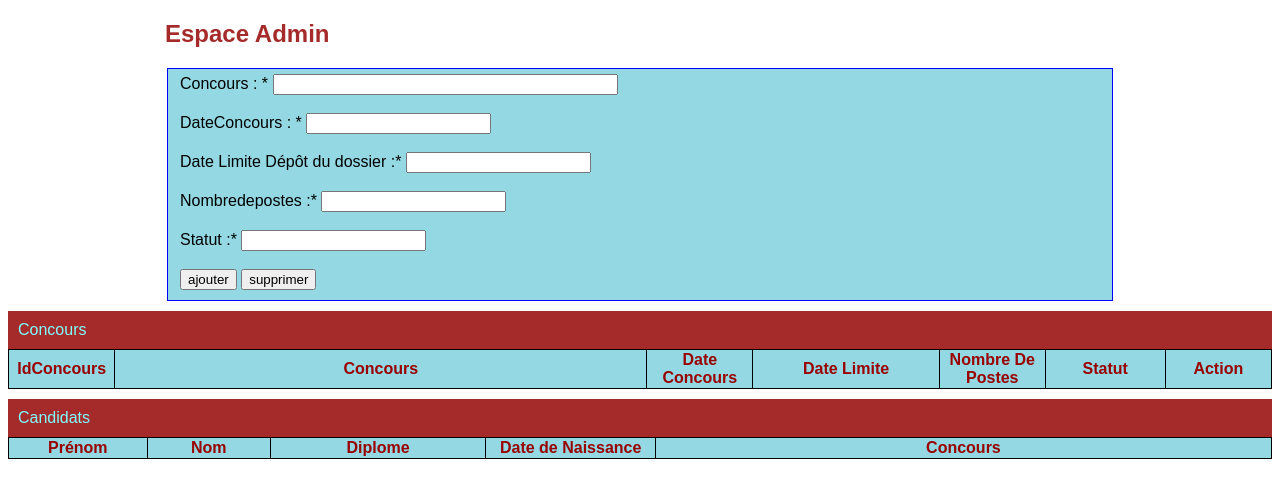
Repository: yahouari/Stage2019
Page: http://localhost/test/Gestion.jsp
An editor plug-in stored every save of this project. The page is shown before and after the next save, followed by the edit.
The browser window is 1280 px wide. The pictures show the whole page.
The page is served by Tomcat 9. Queries for data that is not in the repository find no rows.

Above is the page before, as saved 2019-07-29 09:14:46.

After the next save:
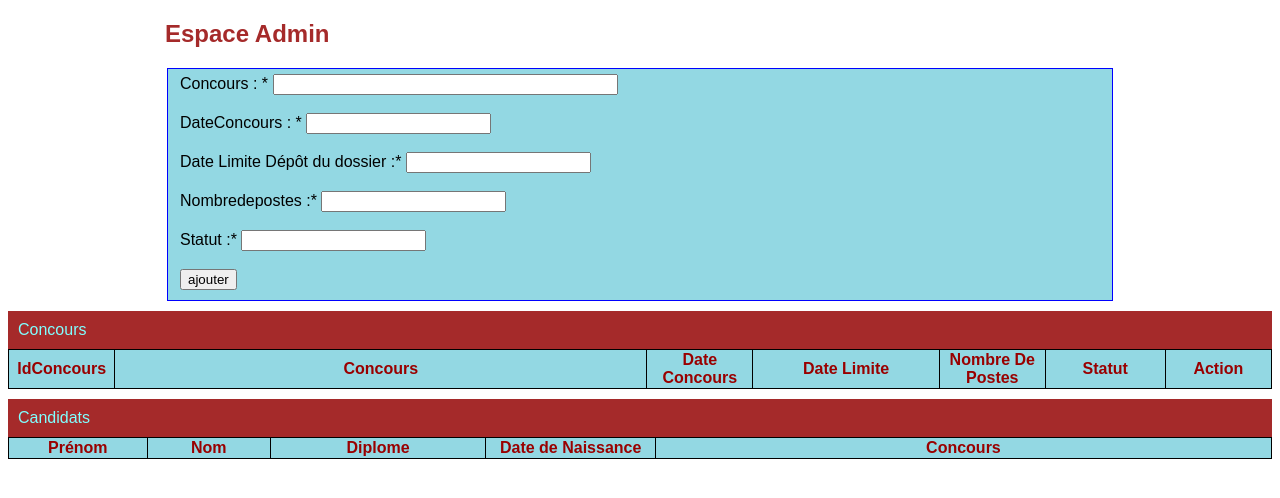
Saved 69 s later.
--- a/test/WebContent/Gestion.jsp
+++ b/test/WebContent/Gestion.jsp
@@ -44,7 +44,7 @@
               <form>
 
 
-			  <input type="submit" value="supprimer"  />
+
 			  </fieldset>
 
         </div>
@@ -91,7 +91,7 @@
                 <td><%=Rs.getString("datelimite")%></td>
                 <td><%=Rs.getString("nombredepostes")%></td>
                 <td><%=Rs.getString("Statut")%></td>
-                <td><input type="submit" value="supprimer"  /></td>
+
             </tr>
             <%
                     }
